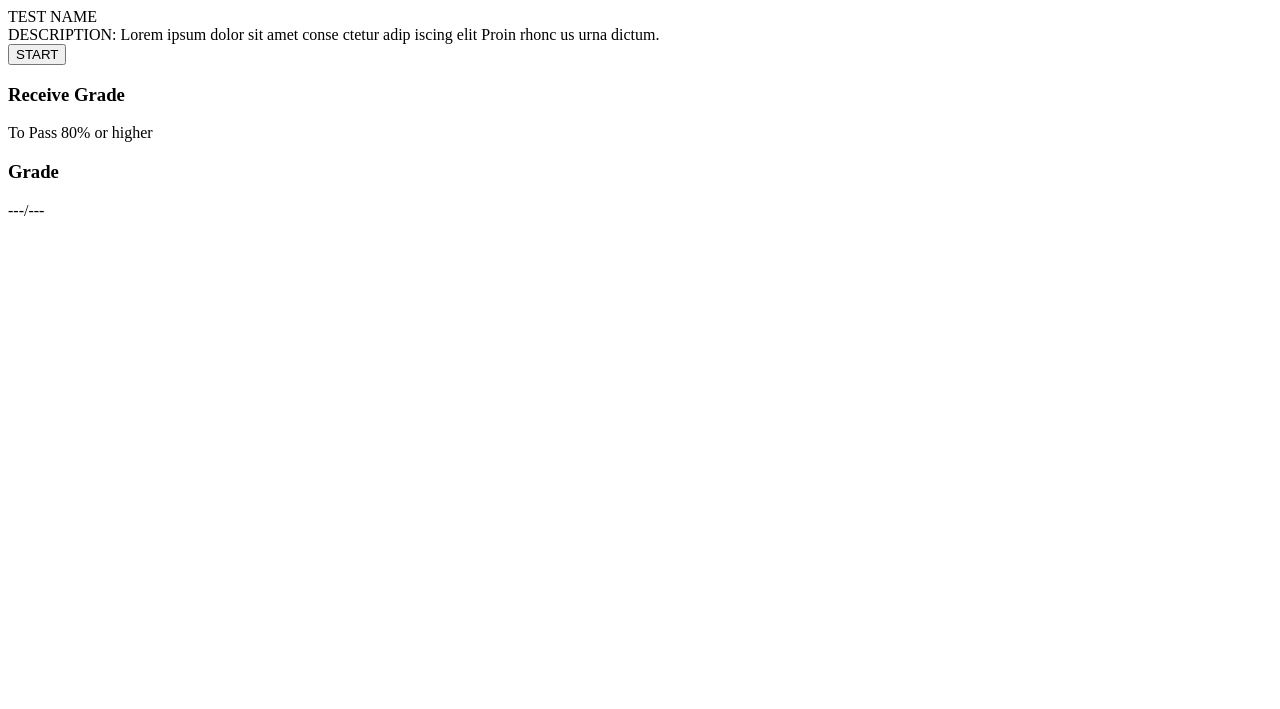
Repository: AOY311/DuckEdu
Page: test.html
The author's editor kept a copy of each file at every save. The page is drawn from the files as they stood at one save, then again after the next save.
The browser window is 1280 px wide. The pictures show the whole page.

Above is the page before, as saved 2021-10-29 20:52:24.

### test.html
<!DOCTYPE html>
<html lang="en">

<head>
    <meta charset="UTF-8">
    <meta http-equiv="X-UA-Compatible" content="IE=edge">
    <meta name="viewport" content="width=device-width, initial-scale=1.0">
    <title>Document</title>
</head>

<body>
    <div class="main">
        <!-- header -->
        <div class="header">

        </div>

        <div class="modal">
            <div class="modal-container">
                <div class="test-name">
                    TEST NAME
                </div>
                <div class="description">
                    <span>DESCRIPTION: </span>
                    <span>Lorem ipsum dolor sit amet conse ctetur adip iscing elit Proin rhonc us urna dictum.</span>
                </div>
                <button id="btn-start">START</button>
                <div class="grade">
                    <div class="text-grade">
                        <h3>Receive Grade</h3>
                        <p>To Pass 80% or higher</p>
                    </div>
                    <div class="point">
                        <h3>Grade</h3>
                        <p>---/---</p>
                    </div>
                </div>
            </div>
        </div>

        <!-- footer -->
        <div class="footer">

        </div>
    </div>
</body>

</html>

After the next save:
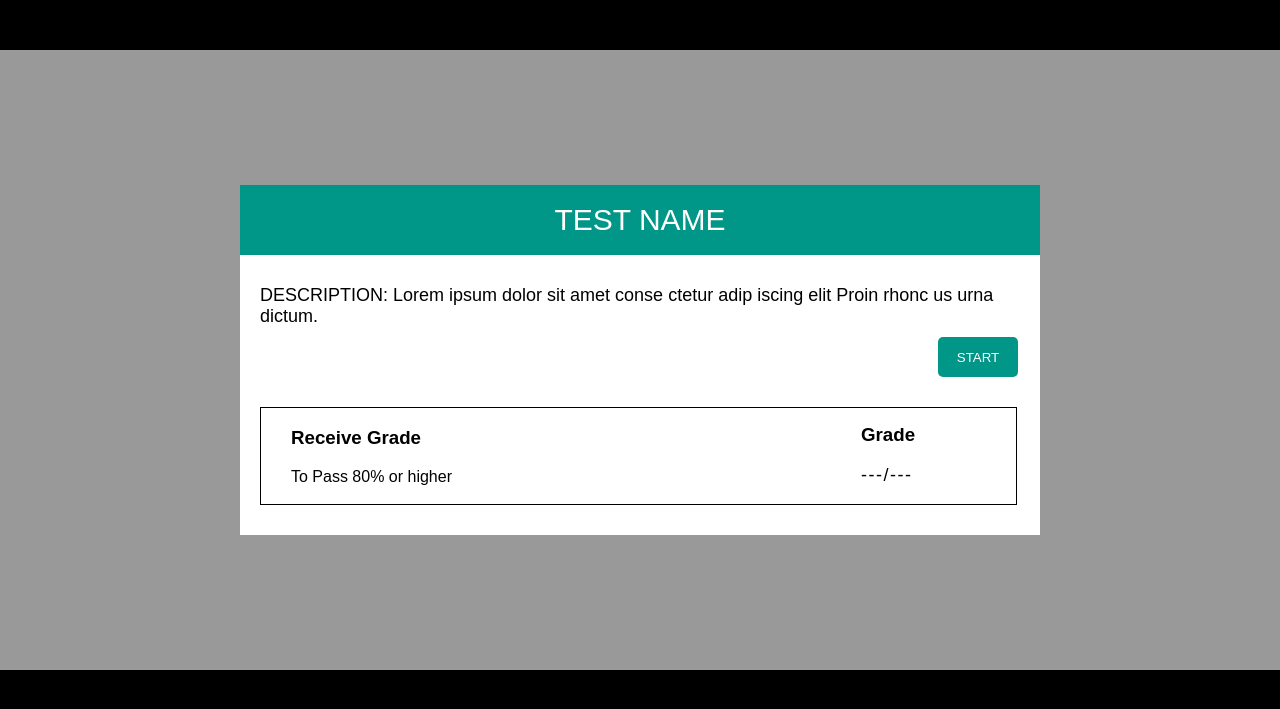
Saved 15 s later.
--- a/test.html
+++ b/test.html
@@ -6,6 +6,107 @@
     <meta http-equiv="X-UA-Compatible" content="IE=edge">
     <meta name="viewport" content="width=device-width, initial-scale=1.0">
     <title>Document</title>
+    <style>
+        .main {
+            font-family: sans-serif;
+        }
+
+        .header {
+            height: 50px;
+            width: 100%;
+            background-color: black;
+            position: fixed;
+            right: 0;
+            left: 0;
+            top: 0;
+        }
+
+        .modal {
+            position: fixed;
+            top: 0;
+            right: 0;
+            bottom: 0;
+            left: 0;
+            background-color: rgba(0, 0, 0, 0.4);
+            align-items: center;
+            justify-content: center;
+            display: flex;
+        }
+
+        .modal-container {
+            position: relative;
+            background-color: white;
+            width: 800px;
+            min-height: 200px;
+            animation: ModalFadeIn ease 0.5s;
+            margin: 0px 10px;
+        }
+
+        .modal .test-name {
+            background-color: #009688;
+            height: 70px;
+            display: flex;
+            align-items: center;
+            justify-content: center;
+            font-size: 30px;
+            color: white;
+        }
+
+        .modal .description {
+            margin-top: 30px;
+            font-size: 18px;
+            margin-left: 20px;
+        }
+
+        .modal #btn-start {
+            float: right;
+            height: 40px;
+            width: 80px;
+            margin-top: 10px;
+            margin-right: 22px;
+            border-radius: 5px;
+            cursor: pointer;
+            background-color: #009688;
+            color: white;
+            border: none;
+        }
+
+        .modal #btn-start:hover {
+            opacity: 0.8;
+        }
+
+        .modal .grade {
+            border: 1px solid black;
+            width: 755px;
+            margin-top: 80px;
+            margin-left: 20px;
+            margin-bottom: 30px;
+        }
+
+        .modal .text-grade {
+            margin-left: 30px;
+            margin-bottom: 10px;
+        }
+
+        .modal .point {
+            margin-left: 600px;
+            margin-top: -80px;
+        }
+
+        .modal .point p {
+            font-size: 18px;
+            letter-spacing: 1.5px;
+        }
+
+        .footer {
+            height: 50px;
+            background-color: black;
+            position: fixed;
+            right: 0;
+            left: 0;
+            bottom: 0;
+        }
+    </style>
 </head>
 
 <body>
